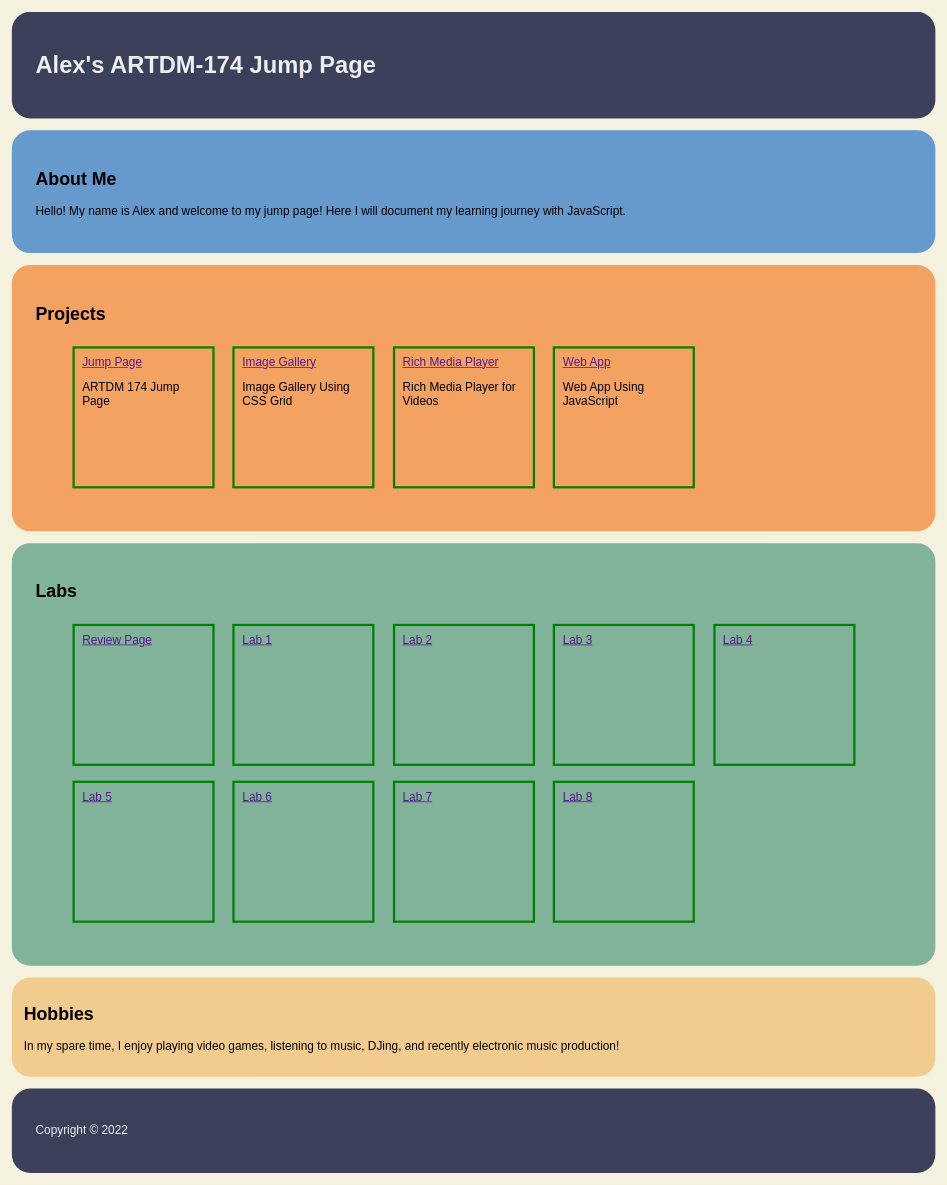
Repository: alexmaddux99/ARTDM-174
Page: CSS Animation/index.html
The author's editor kept a copy of each file at every save. The page is drawn from the files as they stood at one save, then again after the next save.
The browser window is 1280 px wide. The pictures show the whole page, at 74% of full size.
Some web fonts or font styles are not loaded; a fallback is used.

Above is the page before, as saved 2022-02-10 13:29:12.

After the next save:
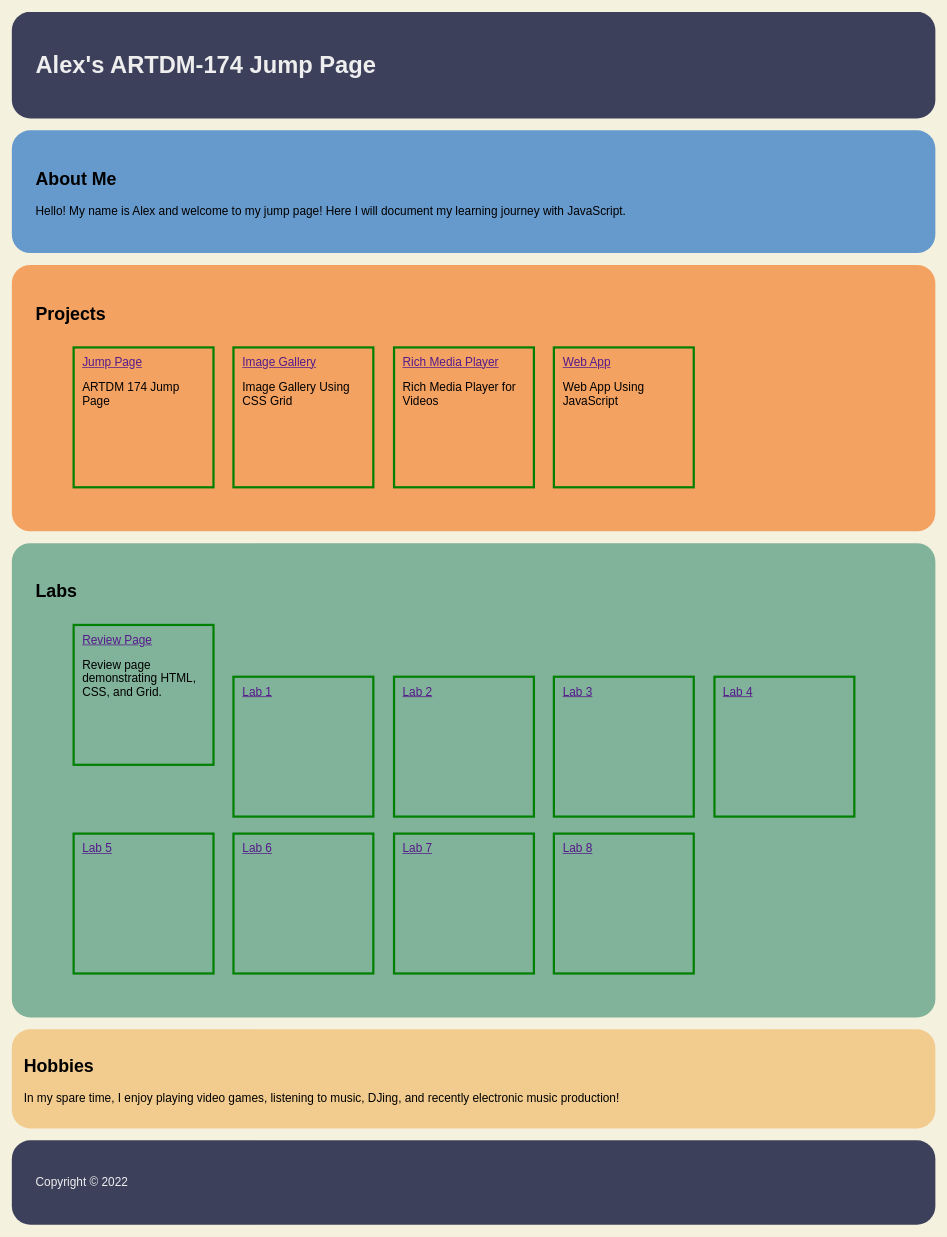
Saved 32 s later.
--- a/CSS Animation/index.html
+++ b/CSS Animation/index.html
@@ -40,7 +40,8 @@
         <section class="labs">
             <h2>Labs</h2>
            <ul>
-               <li><a href="">Review Page</a></li>
+               <li><a href="">Review Page</a>
+            <p>Review page demonstrating HTML, CSS, and Grid.</p></li>
                <li><a href="">Lab 1</a></li>
                <li><a href="">Lab 2</a></li>
                <li><a href="">Lab 3</a></li>

After the save that followed:
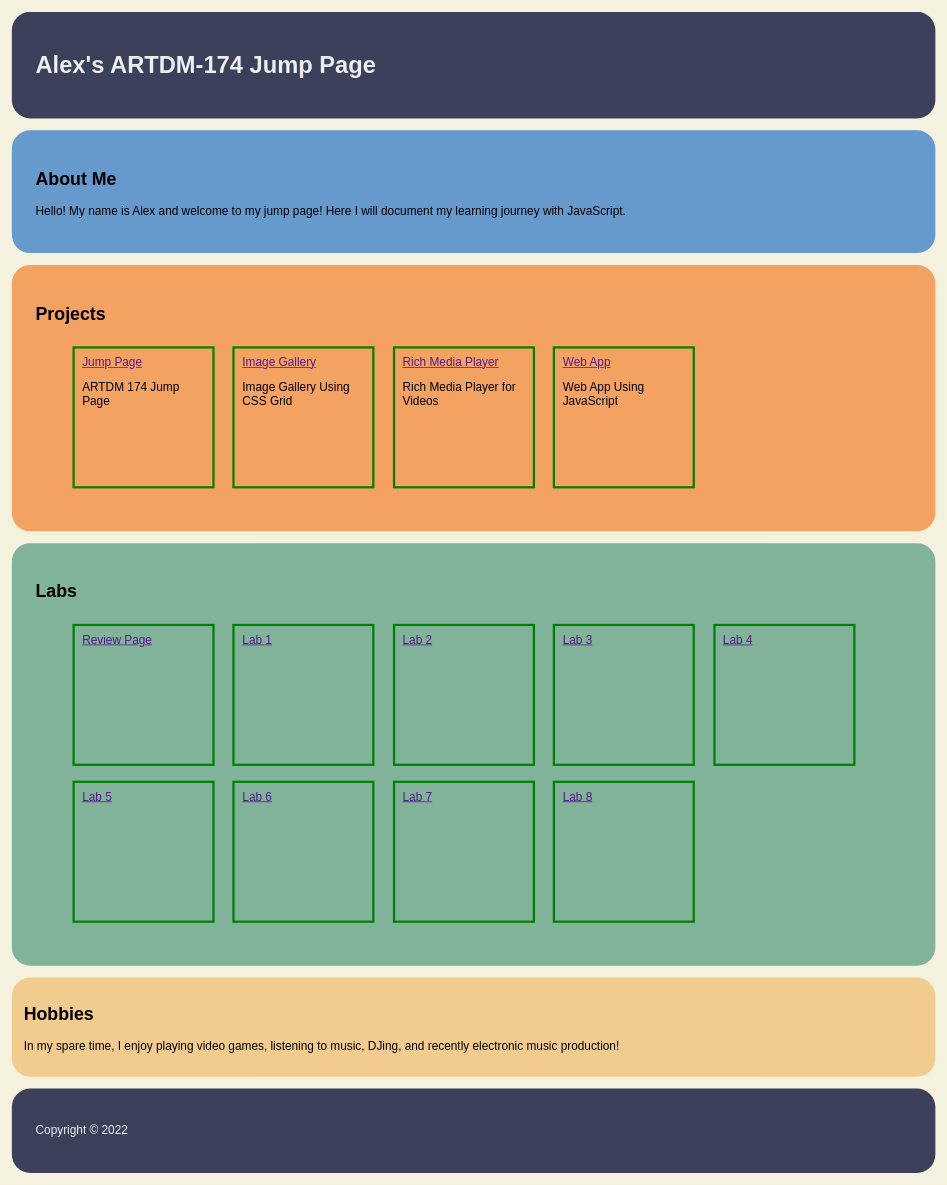
Saved 16 s later.
--- a/CSS Animation/index.html
+++ b/CSS Animation/index.html
@@ -40,8 +40,7 @@
         <section class="labs">
             <h2>Labs</h2>
            <ul>
-               <li><a href="">Review Page</a>
-            <p>Review page demonstrating HTML, CSS, and Grid.</p></li>
+               <li><a href="">Review Page</a></li>
                <li><a href="">Lab 1</a></li>
                <li><a href="">Lab 2</a></li>
                <li><a href="">Lab 3</a></li>
